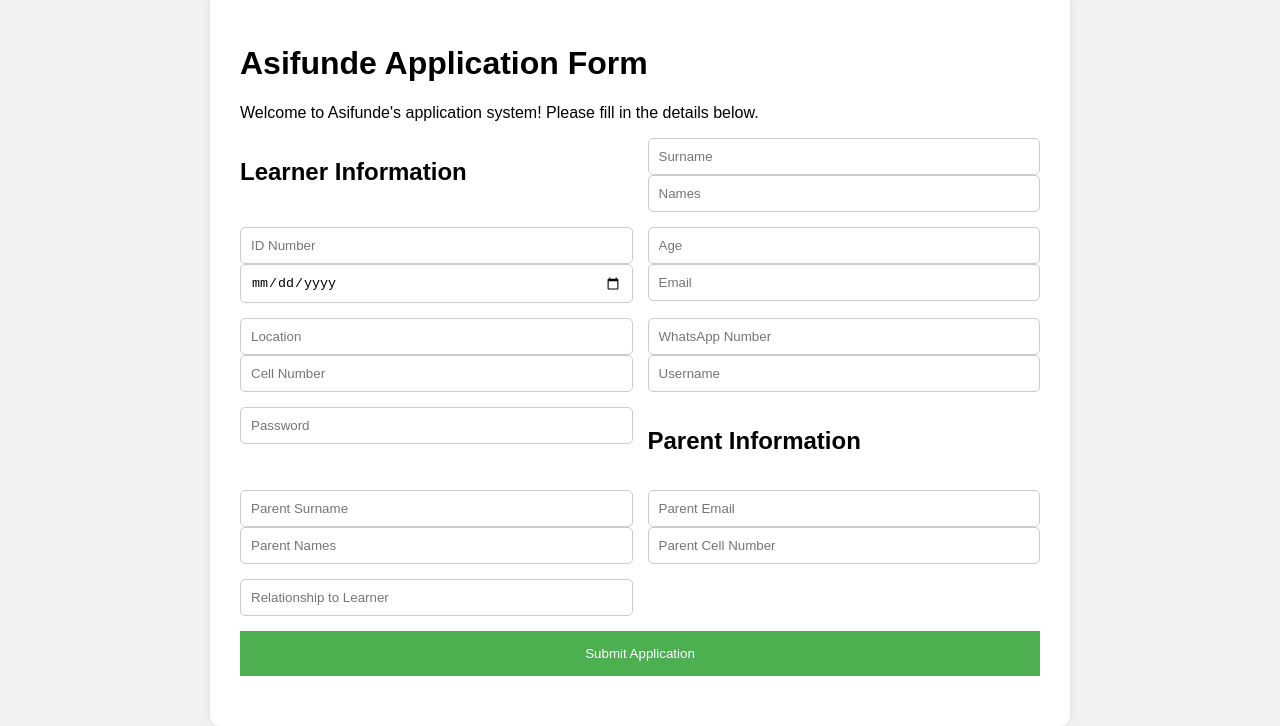
Repository: Soshtakovich/Asifunde
Page: Application_system/apply.html
An editor plug-in stored every save of this project. The page is shown before and after the next save, followed by the edit.
The browser window is 1280 px wide. The pictures show the whole page.

Above is the page before, as saved 2024-10-18 17:36:23.

### Application_system/apply.html
<!DOCTYPE html>
<html lang="en">
<head>
  <meta charset="UTF-8">
  <meta name="viewport" content="width=device-width, initial-scale=1.0">
  <title>Asifunde Application Form</title>
  <link rel="stylesheet" href="statics/css/apply.css">
  <script defer src="statics/js/apply.js"></script>
</head>
<body>
  <div class="form-container">
    <h1>Asifunde Application Form</h1>
    <p>Welcome to Asifunde's application system! Please fill in the details below.</p>
    <form id="applicationForm">
      <h2>Learner Information</h2>
      <div class="input-group">
        <input type="text" name="surname" placeholder="Surname" required>
        <input type="text" name="names" placeholder="Names" required>
      </div>
      <div class="input-group">
        <input type="text" name="idNumber" placeholder="ID Number" required>
        <input type="date" name="dob" required>
      </div>
      <div class="input-group">
        <input type="text" name="age" placeholder="Age" required>
        <input type="email" name="email" placeholder="Email" required>
      </div>
      <div class="input-group">
        <input type="text" name="location" placeholder="Location">
        <input type="text" name="cellNumber" placeholder="Cell Number">
      </div>
      <div class="input-group">
        <input type="text" name="whatsappNumber" placeholder="WhatsApp Number">
        <input type="text" name="username" placeholder="Username" required>
      </div>
      <div class="input-group">
        <input type="password" name="password" placeholder="Password" required>
      </div>

      <h2>Parent Information</h2>
      <div class="input-group">
        <input type="text" name="parentSurname" placeholder="Parent Surname" required>
        <input type="text" name="parentNames" placeholder="Parent Names" required>
      </div>
      <div class="input-group">
        <input type="email" name="parentEmail" placeholder="Parent Email" required>
        <input type="text" name="parentCellNumber" placeholder="Parent Cell Number">
      </div>
      <div class="input-group">
        <input type="text" name="relationship" placeholder="Relationship to Learner" required>
      </div>

      <button type="submit">Submit Application</button>
    </form>
  </div>
</body>
</html>

### Application_system/statics/css/apply.css
/* Base Styles */
body {
  font-family: Arial, sans-serif;
  background-color: #f2f2f2;
  display: flex;
  justify-content: center;
  align-items: center;
  height: 100vh;
  margin: 0;
}

.form-container {
  background-color: white;
  padding: 30px;
  border-radius: 10px;
  box-shadow: 0 0 10px rgba(0, 0, 0, 0.1);
  max-width: 800px;
  width: 100%;
}

/* Form Layout */
form {
  display: grid;
  grid-template-columns: repeat(2, 1fr); /* Two equal-width columns */
  gap:15px; /* Space between grid items */
}

/* Full-width inputs */
input[type="date"],
input[type="password"],
input[type="email"],
button {
  grid-column: span 2; /* Make these elements span both columns */
}

/* Style for input fields */
input {
  padding: 10px;
  border: 1px solid #ccc;
  border-radius: 5px;
  width: 100%; /* Ensure the input takes full space of its container */
  box-sizing: border-box; /* Prevent padding from overflowing */
}

/* Button Styling */
button {
  background-color: #4CAF50;
  color: white;
  border: none;
  padding: 15px;
  cursor: pointer;
  width: 100%; /* Full width */
  margin-bottom: 20px;
}

button:hover {
  background-color: #45a049;
}

/* Responsive Design */
@media (max-width: 600px) {
  form {
      grid-template-columns: 1fr; /* Single column on smaller screens */
  }
}

### Application_system/statics/js/apply.js
document.getElementById('applicationForm').addEventListener('submit', async function (event) {
    event.preventDefault();
    const formData = new FormData(event.target);

    const response = await fetch('application_handler.php', {
      method: 'POST',
      body: formData
    });

    const result = await response.json();
    alert(result.message);
  });

After the next save:
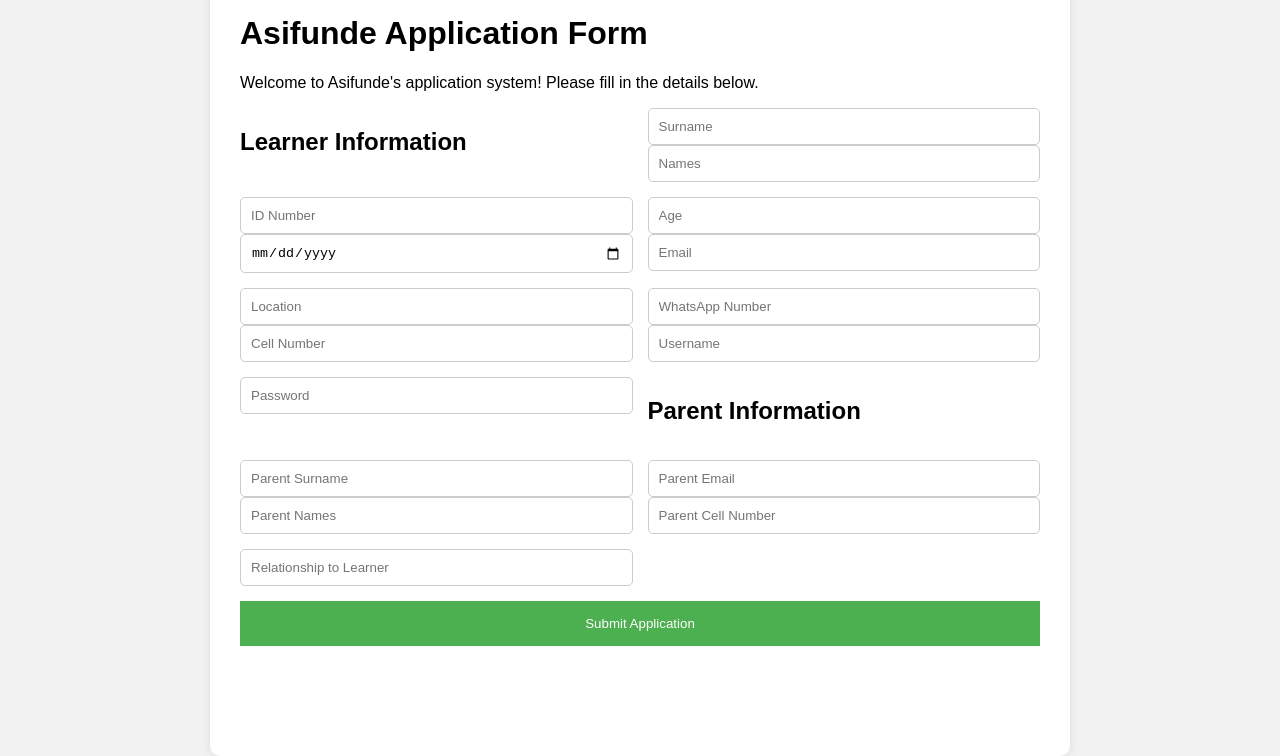
Saved 10 s later.
--- a/Application_system/statics/css/apply.css
+++ b/Application_system/statics/css/apply.css
@@ -50,7 +50,7 @@
   padding: 15px;
   cursor: pointer;
   width: 100%; /* Full width */
-  margin-bottom: 20px;
+  margin-bottom: 80px;
 }
 
 button:hover {
